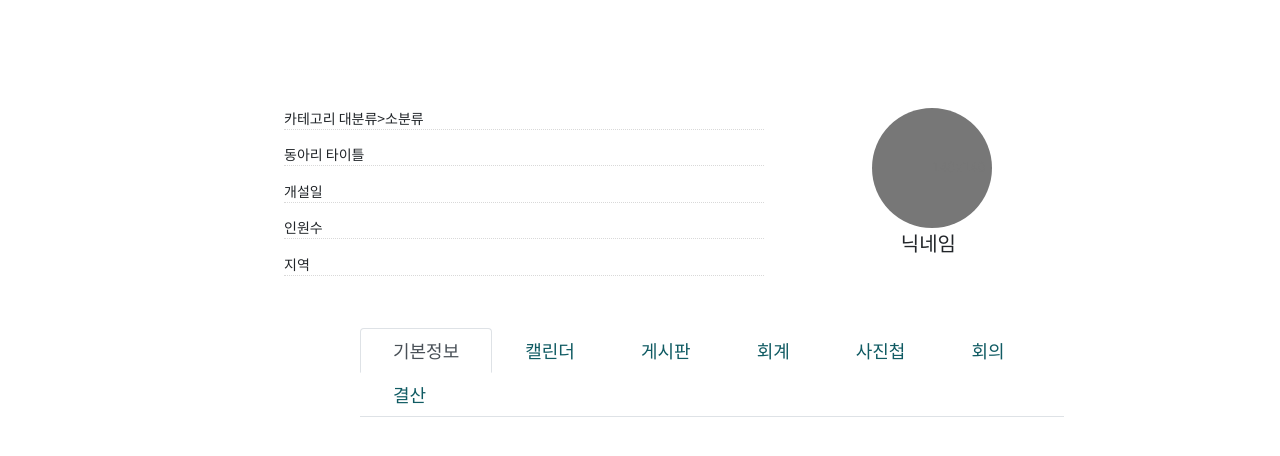
Repository: CHAEYUN7074/Bcle_Viewpage
Page: http://localhost/merge/meetingmain.jsp
An editor plug-in stored every save of this project. The page is shown before and after the next save, followed by the edit.
The browser window is 1280 px wide. The pictures show the whole page.
Some web fonts or font styles are not loaded; a fallback is used. Some web libraries are served in a nearby version. The page is served by Tomcat 9.

Above is the page before, as saved 2021-12-07 14:45:38.
Console error: ReferenceError: $ is not defined

After the next save:
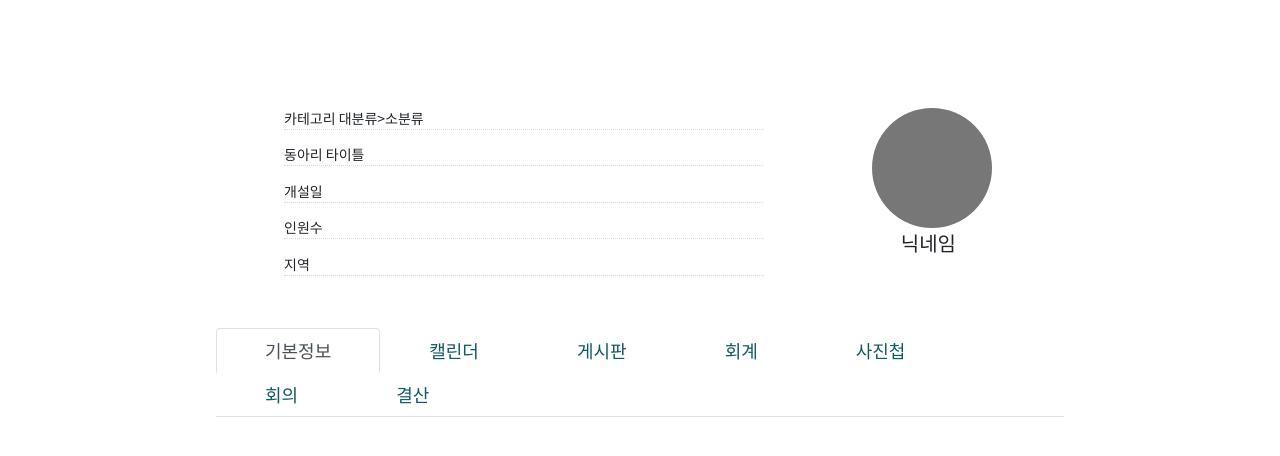
Saved 2 min 7 s later.
--- a/merge/WebContent/meetingmain.jsp
+++ b/merge/WebContent/meetingmain.jsp
@@ -30,7 +30,6 @@ body {font-family: 'Noto Sans KR', sans-serif; font-size: 14px;}
 	padding : 5vh;
 
 }
-
 .ProfileInfo {
 	width: 70vh;
 	height: 30vh;
@@ -58,7 +57,7 @@ background-color : #D9D9D9;
 }
 
 .nav{
-margin:0vh 30vh 0vh 50vh;
+margin:0vh 30vh 0vh 30vh;
 color : #105b63;
 font-size : 18px;
 }
@@ -66,7 +65,7 @@ font-size : 18px;
 
 .nav-link {
     display: block;
-    padding: 0.5rem 2rem;
+    padding: 0.5rem 3rem;
     color: #0d6efd;
     text-decoration: none;
     transition: color .15s ease-in-out,background-color .15s ease-in-out,border-color .15s ease-in-out;
